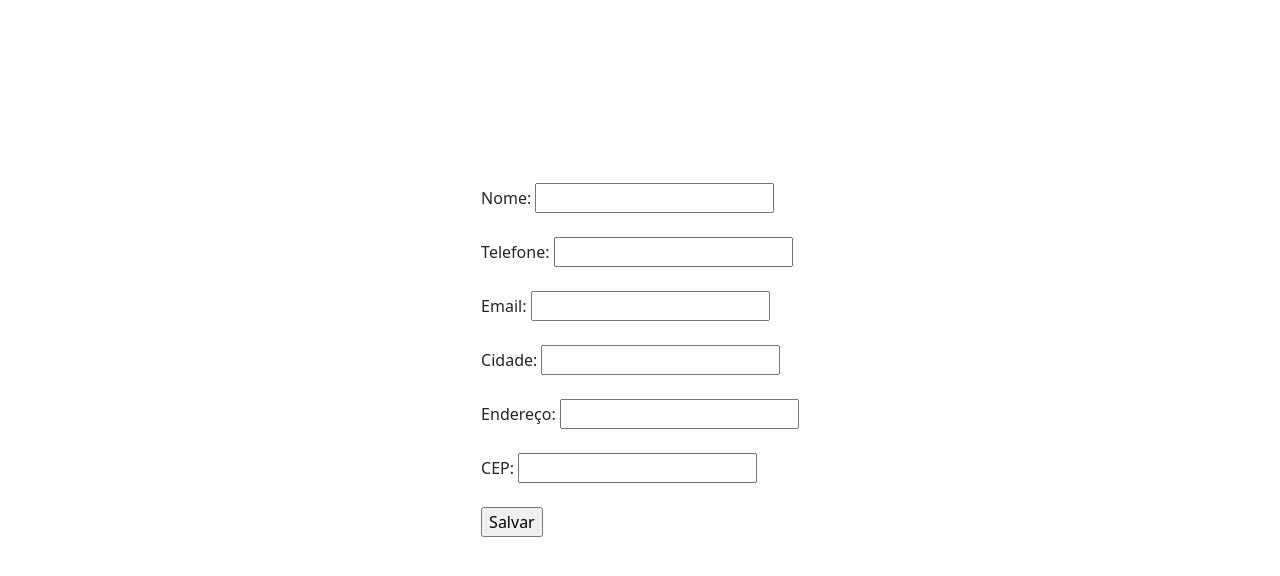
Repository: juliatbarbosa/CRUD-ALUNOS
Page: http://localhost/OlaMundo/alunos/cadastrobean/formulario.jsp
The author's editor kept a copy of each file at every save. The page is drawn from the files as they stood at one save, then again after the next save.
The browser window is 1280 px wide. The pictures show the whole page.
The page is served by Tomcat 9. Queries for data that is not in the repository find no rows.

Above is the page before, as saved 2024-09-30 01:52:58.

### OlaMundo/src/main/webapp/alunos/cadastrobean/formulario.jsp
<%@ page language="java" contentType="text/html; charset=UTF-8"
    pageEncoding="UTF-8"%>
<!DOCTYPE html>

<html>
<head>
<meta charset="UTF-8">

<title>Formulário</title>
<link href="https://cdn.jsdelivr.net/npm/bootstrap@5.3.3/dist/css/bootstrap.min.css" rel="stylesheet" integrity="sha384-QWTKZyjpPEjISv5WaRU9OFeRpok6YctnYmDr5pNlyT2bRjXh0JMhjY6hW+ALEwIH" crossorigin="anonymous">
<link href="https://cdn.jsdelivr.net/npm/bootstrap-icons/font/bootstrap-icons.css" rel="stylesheet">

<style>

	body {
		display: flex;
		justify-content: center;
		align-items: center;
		height: 100vh;

	}
	.conteudoTela {
		width: 550px;
		background-color: white;
	padding: 20px;
	border-radius: 10px;
	box-shadow: 0 2px 6px 0px rgba(0, 0, 0, 0.15);


	}
	h1 {
		text-align:center;
		margin-bottom: 20px;
		font-size: 32px;
	}

	.botoes {
	display: flex;
	justify-content: end;
	align-items: center;
	gap:10px;
	margin-top:20px;
	}

</style>
</head>
<body>

	<jsp:useBean id="a" class="org.alunos.Aluno" scope="page"/>
	<jsp:useBean id="adao" class="org.alunos.AlunoDAO" scope="page"/>
	<jsp:setProperty property="*" name="a"/>
	${a = adao.consultar(a.idaluno)}

	<form action="gravar.jsp" method="post">
		<input type="hidden" name="idpessoa" value="${p.idpessoa}">
		Nome:
		<input type="text" name="nome" value="${p.nome}"/>
		<br/><br/>
		Telefone:
		<input type="text" name="telefone" value="${p.telefone}"/>
		<br/><br/>
		Email:
		<input type="text" name="email" value="${p.email}"/>
		<br/><br/>
		Cidade:
		<input type="text" name="cidade" value="${p.cidade}"/>
		<br/><br/>
		Endereço:
		<input type="text" name="endereco" value="${p.endereco}"/>
		<br/><br/>
		CEP:
		<input type="text" name="cep" value="${p.cep}"/>
		<br/><br/>
		<input type="submit" value="Salvar">
	</form>

</body>
</html>

### OlaMundo/src/main/java/org/alunos/Aluno.java
package org.alunos;

public class Aluno {

	private int idaluno;
	private String nome;
	private String telefone;
	private String email;
	private String curso;

	public int getIdaluno() {
		return idaluno;
	}

	public void setIdaluno(int idaluno) {
		this.idaluno = idaluno;
	}

	public String getNome() {
		return nome;
	}

	public void setNome(String nome) {
		this.nome = nome;
	}

	public String getTelefone() {
		return telefone;
	}

	public void setTelefone(String telefone) {
		this.telefone = telefone;
	}

	public String getEmail() {
		return email;
	}

	public void setEmail(String email) {
		this.email = email;
	}

	public String getCurso() {
		return curso;
	}

	public void setCurso(String curso) {
		this.curso = curso;
	}

	public String toString() {
		return "";
	}
}

### OlaMundo/src/main/java/org/alunos/AlunoDAO.java
package org.alunos;

import java.sql.PreparedStatement;
import java.sql.ResultSet;
import java.sql.Statement;
import java.util.LinkedList;
public class AlunoDAO {

	public void salvar(Aluno a) {
		if (a.getIdaluno() > 0) {
			alterar(a);
		} else {
			inserir(a);
		}
	}

	public void criarTabela() {
	    Conexao con = new Conexao();
	    try {
	        String sql = "CREATE TABLE IF NOT EXISTS aluno ("
	                + "idaluno INT PRIMARY KEY AUTO_INCREMENT,"
	                + "`nome` TEXT,"
	                + "telefone TEXT,"
	                + "email TEXT,"
	                + "curso TEXT)";
	        PreparedStatement prep = con.getConnection().prepareStatement(sql);
	        prep.execute();
	    } catch (Exception e) {
	        e.printStackTrace();
	    } finally {
	        con.desconecta();
	    }
	}


	public void inserir(Aluno a) {
		//lista.add(p);

		Conexao con = new Conexao();
		try {
			String sql = "INSERT INTO aluno (nome, telefone, email, curso)"
					+ "VALUES (?,?,?,?)";
			PreparedStatement prep = con.getConnection().prepareStatement(sql);
			prep.setString(1, a.getNome());
			prep.setString(2, a.getTelefone());
			prep.setString(3, a.getEmail());
			prep.setString(4, a.getCurso());
			prep.execute();
			} catch (Exception e) {
			e.printStackTrace();
		}

		con.desconecta();
	}

	public LinkedList<Aluno> listar() {
		LinkedList<Aluno> lista = new LinkedList<Aluno>();
		Conexao con = new Conexao();
		try {
			String sql = "SELECT * FROM aluno";
			Statement sta = con.getConnection().createStatement();
			ResultSet res = sta.executeQuery(sql);
			while (res.next()) {
				Aluno a = new Aluno();
				a.setIdaluno(res.getInt("idaluno"));
				a.setNome(res.getString("nome"));
				a.setTelefone(res.getString("telefone"));
				a.setEmail(res.getString("email"));
				a.setCurso(res.getString("curso"));
				lista.add(a);
			}
		} catch (Exception e) {
			e.printStackTrace();
		}

		con.desconecta();
		return lista;
	}

	public void alterar(Aluno a) {
		Conexao con = new Conexao();
		try {
			String sql = "UPDATE aluno SET "
					+ " nome = ?, telefone = ?, "
					+ "email = ?, curso = ?"
					+ "WHERE idaluno = ?";
			PreparedStatement prep = con.getConnection().prepareStatement(sql);
			prep.setString(1, a.getNome());
			prep.setString(2, a.getTelefone());
			prep.setString(3, a.getEmail());
			prep.setString(4, a.getCurso());
			prep.setInt(5, a.getIdaluno());
			prep.execute();
			} catch (Exception e) {
			e.printStackTrace();
		}
		con.desconecta();
	}

	public void excluir(Aluno a) {
		Conexao con = new Conexao();
		try {
			String sql = "DELETE FROM aluno "
					+ "WHERE idaluno = ?";
			PreparedStatement prep = con.getConnection().prepareStatement(sql);
			prep.setInt(1, a.getIdaluno());
			prep.execute();
			} catch (Exception e) {
			e.printStackTrace();
		}
		con.desconecta();
	}

	public Aluno consultar(int id) {
		Aluno a = new Aluno();
		Conexao con = new Conexao();
		try {
			String sql = "SELECT * FROM aluno WHERE idaluno = " + id;
			Statement sta = con.getConnection().createStatement();
			ResultSet res = sta.executeQuery(sql);
			while (res.next()) {
				a.setIdaluno(res.getInt("idaluno"));
				a.setNome(res.getString("nome"));
				a.setTelefone(res.getString("telefone"));
				a.setEmail(res.getString("email"));
				a.setCurso(res.getString("curso"));
			}
		} catch (Exception e) {
			e.printStackTrace();
		}

		con.desconecta();
		return a;
	}

}

### OlaMundo/src/main/java/org/alunos/Conexao.java
package org.alunos;

import java.sql.Connection;
import java.sql.DriverManager;

public class Conexao {
	private Connection connection;

	public Conexao() {
		try {
			Class.forName("com.mysql.cj.jdbc.Driver");
			// abre conexão com o banco de dados
			connection = DriverManager.getConnection("jdbc:mysql://54.91.193.137:3306/"
			+ "libertas5per?verifyServerCertificate=false&useSSL=false", "libertas", "123456");
		} catch (Exception e) {
			e.printStackTrace();
		}
	}

	public void desconecta() {
		try {
			connection.close();
		} catch (Exception e) {
			e.printStackTrace();
		}
	}

	public Connection getConnection() {
		return connection;
	}

	public void setConnection(Connection connection) {
		this.connection = connection;
	}

}

After the next save:
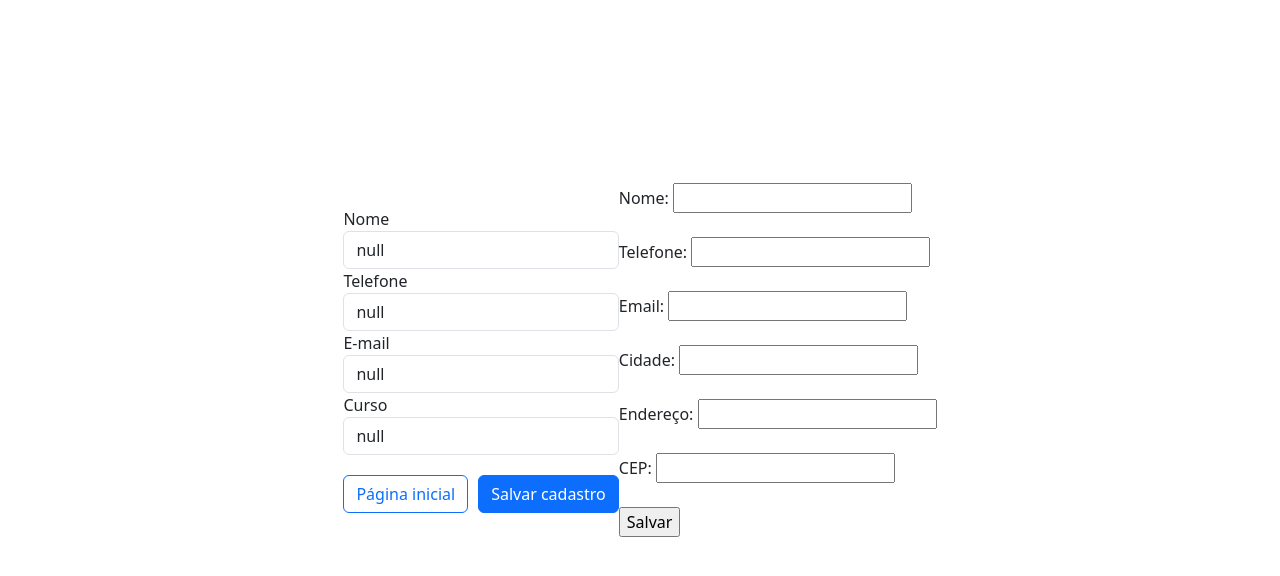
Saved 83 s later.
--- a/OlaMundo/src/main/webapp/alunos/cadastrobean/formulario.jsp
+++ b/OlaMundo/src/main/webapp/alunos/cadastrobean/formulario.jsp
@@ -52,6 +52,33 @@
 	${a = adao.consultar(a.idaluno)}
 
 	<form action="gravar.jsp" method="post">
+			  <input type="hidden" name="idaluno" value="<%= a.getIdaluno() %>">
+			  <div class="form-group">
+			    <label for="inputNome">Nome</label>
+			    <input type="text" class="form-control" id="inputNome" name="nome" placeholder="Digite o nome" value="<%= a.getNome() %>" required>
+			  </div>
+			  <div class="form-group">
+			    <label for="inputTelefone">Telefone</label>
+			    <input type="text" class="form-control" id="inputTelefone" name="telefone" placeholder="Digite o telefone" value="<%= a.getTelefone() %>" required>
+			  </div>
+			  <div class="form-group">
+			    <label for="inputEmail">E-mail</label>
+			    <input type="email" class="form-control" id="inputEmail" name="email" placeholder="Digite o e-mail" value="<%= a.getEmail() %>" required>
+			  </div>
+			  <div class="form-group">
+			    <label for="inputCurso">Curso</label>
+			    <input type="text" class="form-control" id="inputCurso" name="curso" placeholder="Digite o curso" value="<%= a.getCurso() %>" required>
+			  </div>
+			  <div class="botoes">
+				<button type="button" class="btn btn-outline-primary" onclick="window.location.href='index.jsp';">
+					Página inicial
+				</button>
+			  	<button type="submit" class="btn btn-primary">Salvar cadastro</button>
+
+		</div>
+		</form>
+
+	<form action="gravar.jsp" method="post">
 		<input type="hidden" name="idpessoa" value="${p.idpessoa}">
 		Nome:
 		<input type="text" name="nome" value="${p.nome}"/>
